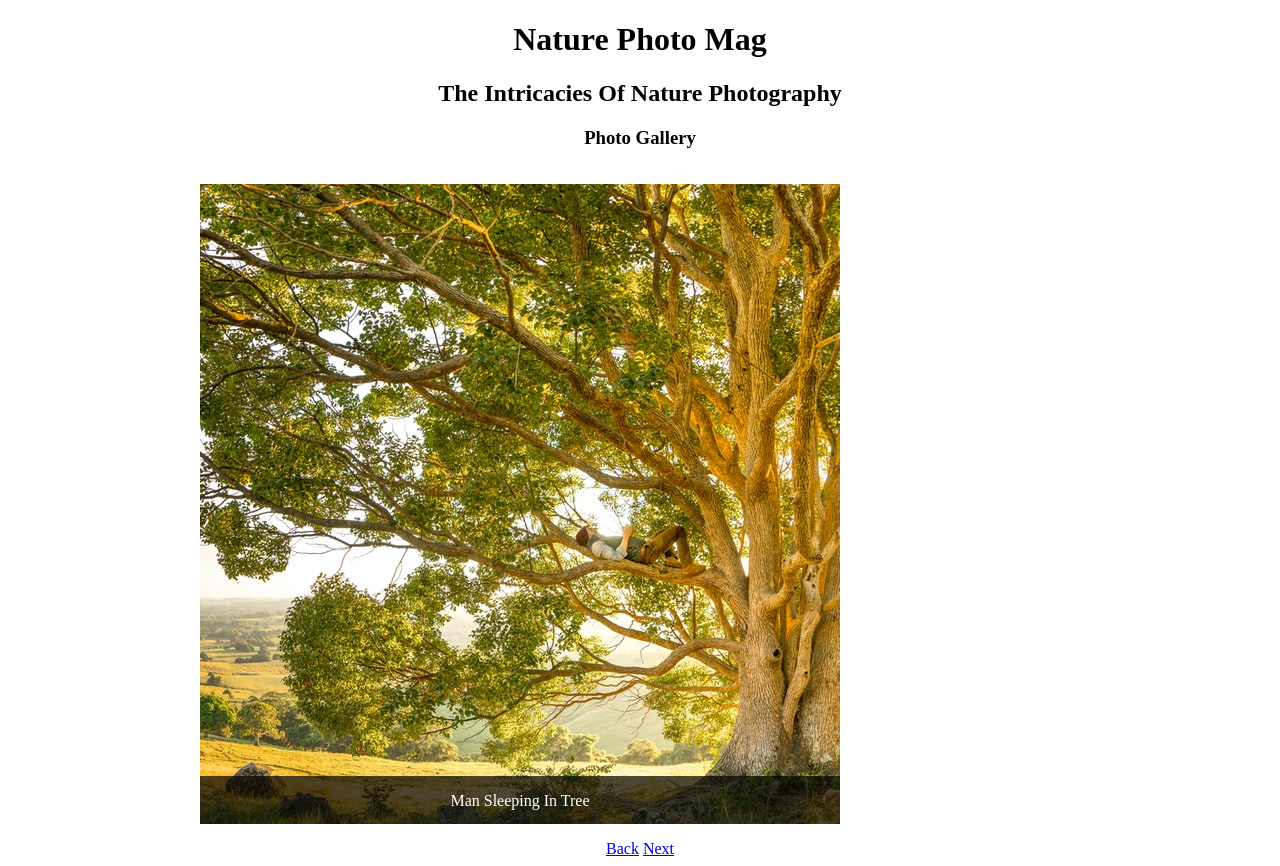
Repository: alexmaddux99/Image-Gallery
Page: index.html
The author's editor kept a copy of each file at every save. The page is drawn from the files as they stood at one save, then again after the next save.
The browser window is 1280 px wide. The pictures show the whole page.

Above is the page before, as saved 2022-03-08 12:15:17.

### index.html
<!DOCTYPE html>
<html lang="en">
<head>
  <meta charset="UTF-8">
  <title>A Simple Carousel -  LIVE DEMO</title>
  <link rel="stylesheet" href="css/main.css">
  <script  src="js/main.js" defer></script>

</head>
<body>

<h1>Nature Photo Mag</h1>
<h2>The Intricacies Of Nature Photography</h2>
<section>
  <h3>Photo Gallery</h3>

  <figure class="frame">

    <img class="slide current" src="images/1.jpg" alt="Man Sleeping In Tree">
    <img class="slide" src="images/2.jpg" alt="Sun Peeking Through Trees">
    <img class="slide" src="images/3.jpg" alt="Couple Looking At Mountain Overlooking Lake">
    <img class="slide" src="images/4.jpg" alt="Northern Lights">
    <img class="slide" src="images/5.jpg" alt="Storm On The Coast">
    <img class="slide" src="images/6.jpg" alt="Mountain Overlooking house">
    <img class="slide" src="images/7.jpg" alt="Aerial Shot of Antartic Landscape">
    <img class="slide" src="images/8.jpg" alt="Close Up Of Crystal">
    <img class="slide" src="images/9.jpg" alt="Aerial Shot Of Remote Landscape">
    <img class="slide" src="images/10.jpg" alt="Aerial Shot Overlooking Ice Berg">




    <figcaption class="caption"></figcaption>
  </figure>

  <div class="controls">
    <a href="#" class="back-btn">Back</a>
    <a href="#" class="next-btn">Next</a>
  </div>

</section>

</body>
</html>

### css/main.css
* {
  box-sizing:border-box;
}

body {
  text-align:center;
}

section {
  width: 400px;
  margin: auto;
}

.frame {

  position:relative;
  width:640px;
  height:640px;
  margin: 1rem 0;

}

.slide {
  display:block;
  margin-bottom: 2rem;
}


.hide {
  opacity: 0;
  transition: opacity .5s ease-out;
}


.current {
  transition: opacity .5s ease-out;
}


.abs-pos {
  position: absolute;
}

.caption {
  position: absolute;
  z-index: 3;
  color: #fff;
  background: rgba(0, 0, 0, .7);
  bottom: 0;
  width: 100%;
  height: 1rem;
  padding: 1rem 1rem 2rem 1rem;
}

.controls {
  display: none;
}

figure{
  float: right;
  width: 300px;


}

### js/main.js
document.addEventListener('DOMContentLoaded', init);

function init() {
  //create shortcut vars
  const back_btn = document.querySelector(".back-btn");
  const next_btn = document.querySelector(".next-btn");
  const frame = document.querySelector(".frame");
  const slides = frame.querySelectorAll("img");
  const caption = document.querySelector(".caption");
  const controls = document.querySelector(".controls");

  //with JS active, hide all images
  slides.forEach((slide) => {
    slide.classList.add("hide", "abs-pos");
  });

  // show the first slide
  slides[0].classList.remove("hide");

  //make the controls work
   next_btn.addEventListener("click",changeSlide);
   back_btn.addEventListener("click", changeSlide);

   // set the caption dynamically
   caption.innerHTML = frame.firstElementChild.alt;

   //show the controls
   controls.style.display = "block";
}



function changeSlide(e) {

    // stop link from trying to reload page
    e.preventDefault();

    //shortcut vars
    const frame = document.querySelector(".frame");
    const slides = frame.querySelectorAll("img");
    const caption = document.querySelector(".caption");
    let showing = document.querySelector(".current");
    let nextUp = "";

    if(e.target.className == 'next-btn') {
      nextUp = showing.nextElementSibling;
    }

    if(e.target.className == 'back-btn') {
      nextUp = showing.previousElementSibling;
    }

    // deactivate current image
    showing.classList.toggle("hide");
    showing.classList.toggle("current");

    //make sure next image is there
    if (!nextUp) {
      nextUp = slides[slides.length - 1];
    }

    if (nextUp.nodeName !== "IMG") {
      nextUp = slides[0];
    }

    // activate next image
    nextUp.classList.toggle("hide");
    nextUp.classList.toggle("current");

    //change caption text
    caption.innerHTML = nextUp.alt;
  }

After the next save:
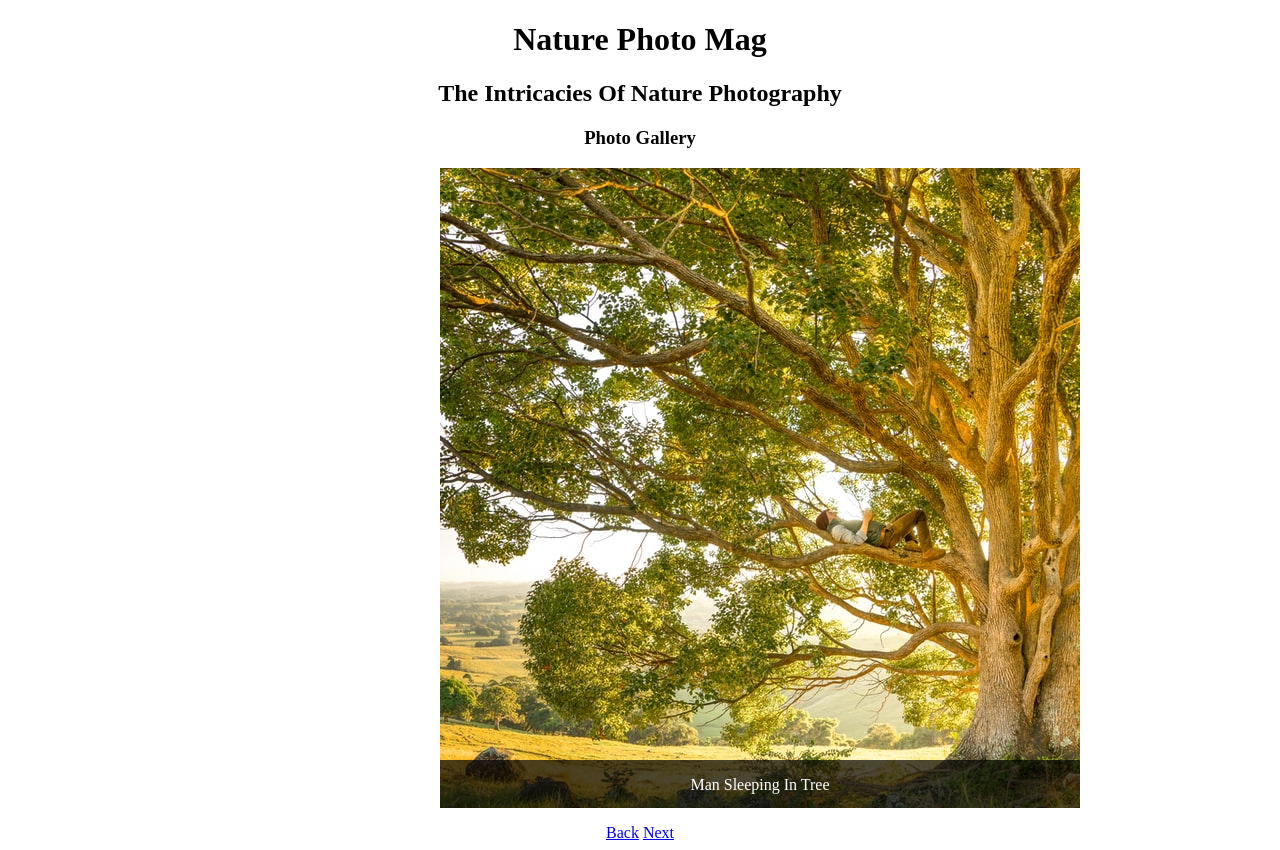
Saved 15 s later.
--- a/css/main.css
+++ b/css/main.css
@@ -57,7 +57,7 @@ section {
 }
 
 figure{
-  float: right;
+  float:inherit;
   width: 300px;
 
 
